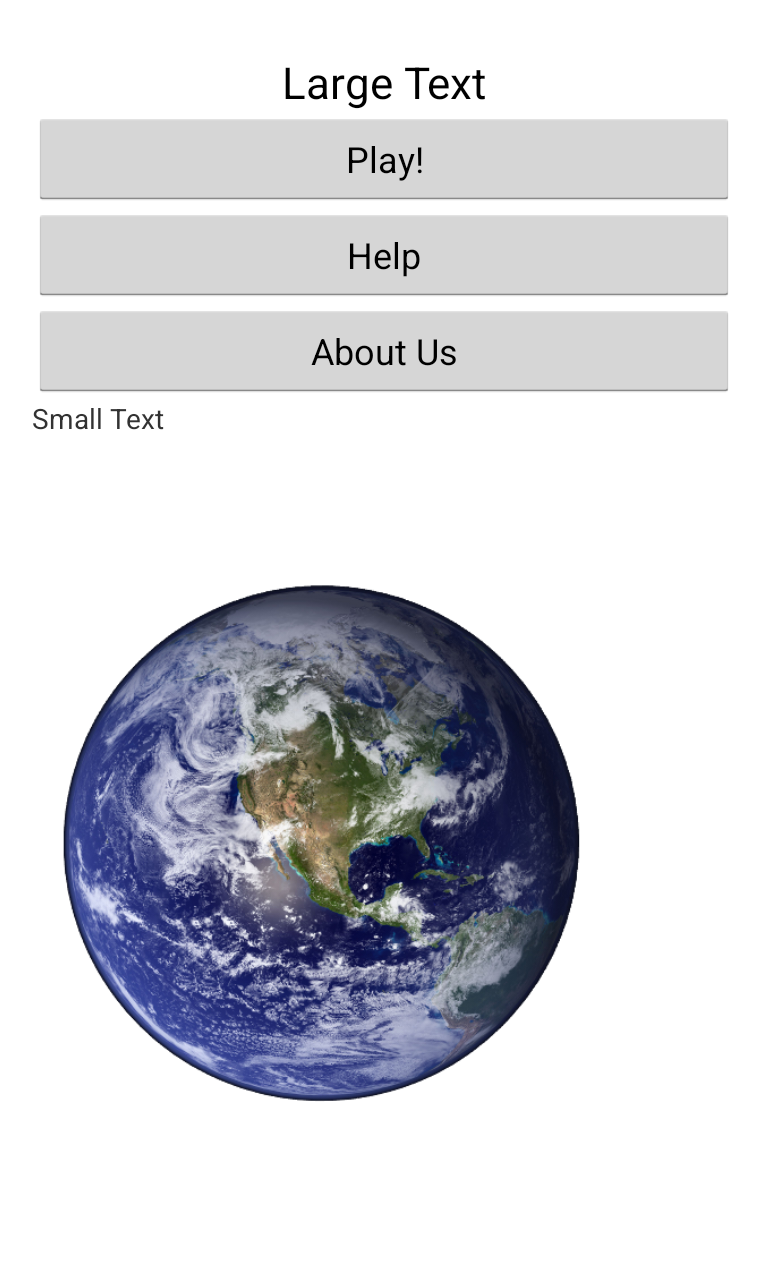
Repository: AGNT/Mobile_application_SU13
Layout: android/Locate/res/layout/activity_menu.xml
The author's editor kept a copy of each file at every save. The layout is drawn from the files as they stood at one save, then again after the next save.
It is drawn on a 768 x 1280 px phone screen (xhdpi) without system bars, with theme AppTheme; the app's code is not run.

Above is the layout before, as saved 2013-08-05 16:18:29.

### android/Locate/res/layout/activity_menu.xml
<LinearLayout xmlns:android="http://schemas.android.com/apk/res/android"
    xmlns:tools="http://schemas.android.com/tools"
    android:layout_width="match_parent"
    android:layout_height="match_parent"
    android:orientation="vertical"
    android:paddingBottom="@dimen/activity_vertical_margin"
    android:paddingLeft="@dimen/activity_horizontal_margin"
    android:paddingRight="@dimen/activity_horizontal_margin"
    android:paddingTop="@dimen/activity_vertical_margin"
    tools:context=".Menu" >

    <Space
        android:layout_width="match_parent"
        android:layout_height="10dp" />

    <TextView
        android:id="@+id/textView1"
        android:layout_width="match_parent"
        android:layout_height="wrap_content"
        android:text="Large Text"
        android:gravity="center"
        android:textAppearance="?android:attr/textAppearanceLarge" />

    <Button
        android:id="@+id/button1"
        android:layout_width="match_parent"
        android:layout_height="wrap_content"
        android:text="Play!" />

    <Button
        android:id="@+id/button2"
        android:layout_width="match_parent"
        android:layout_height="wrap_content"
        android:text="Help" />

    <Button
        android:id="@+id/button3"
        android:layout_width="match_parent"
        android:layout_height="wrap_content"
        android:text="About Us" />

    <TextView
        android:id="@+id/textView2"
        android:layout_width="match_parent"
        android:layout_height="wrap_content"
        android:text="Small Text"
        android:textAppearance="?android:attr/textAppearanceSmall" />

    <ImageView
        android:id="@+id/imageView1"
        android:layout_width="290dp"
        android:layout_height="196dp"
        android:layout_weight="0.52"
        android:src="@drawable/ic_launcher" />

</LinearLayout>

Loaded but not shown: android/Locate/res/values/styles.xml (common file); android/Locate/res/values-v11/styles.xml (common file); android/Locate/res/values-v14/styles.xml (common file); android/Locate/res/values/dimens.xml (common file)

After the next save:
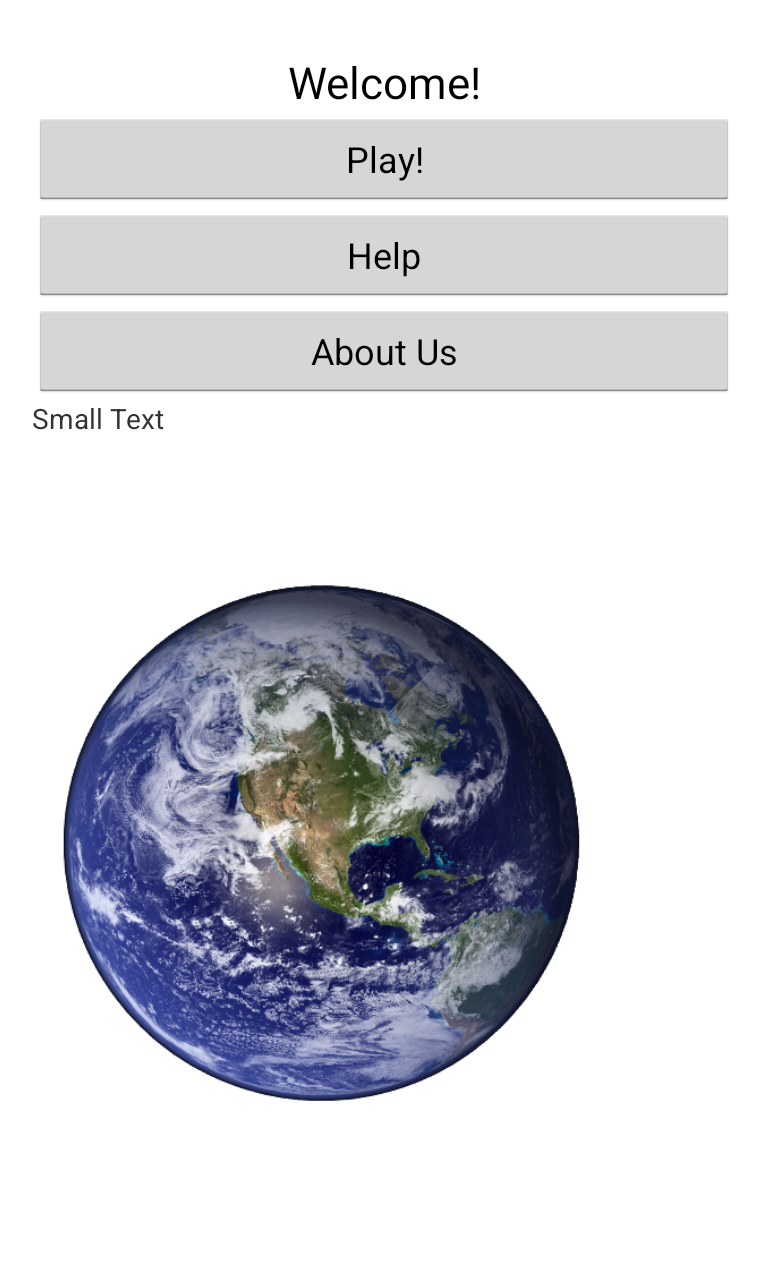
Saved 62 min 29 s later.
--- a/android/Locate/res/layout/activity_menu.xml
+++ b/android/Locate/res/layout/activity_menu.xml
@@ -17,7 +17,7 @@
         android:id="@+id/textView1"
         android:layout_width="match_parent"
         android:layout_height="wrap_content"
-        android:text="Large Text"
+        android:text="Welcome!"
         android:gravity="center"
         android:textAppearance="?android:attr/textAppearanceLarge" />
 
